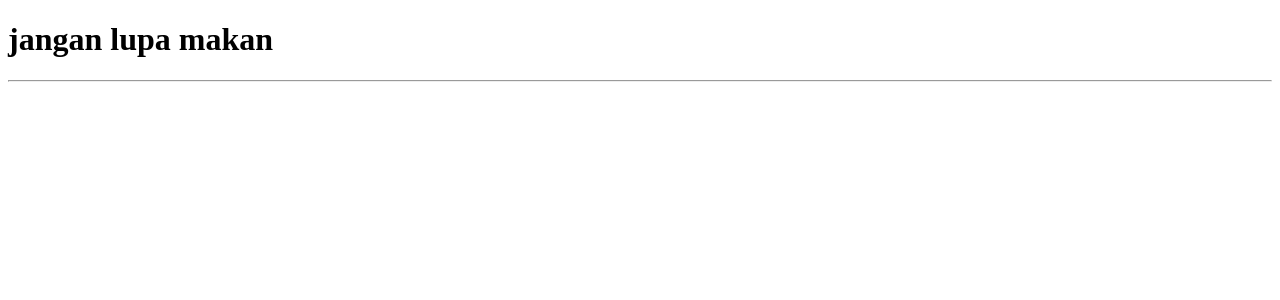
Repository: Nyxelll/ses4pt2pemweb
Page: index.html
The author's editor kept a copy of each file at every save. The page is drawn from the files as they stood at one save, then again after the next save.
The browser window is 1280 px wide. The pictures show the whole page.

Above is the page before, as saved 2026-04-06 08:54:59.

After the next save:
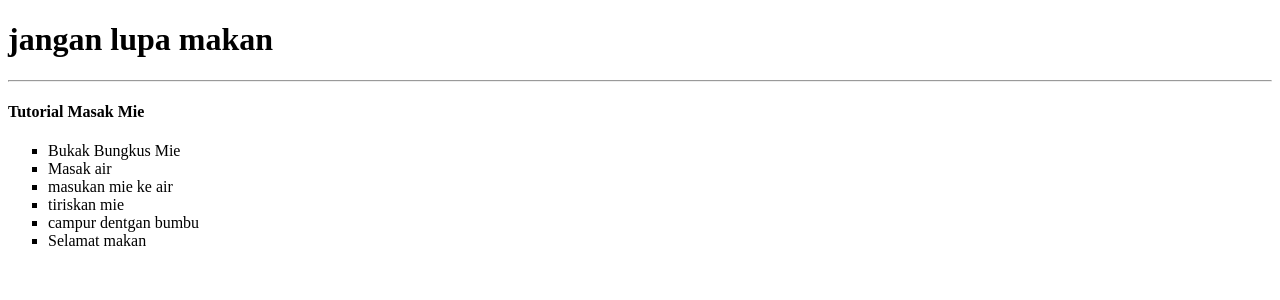
Saved 8 min 37 s later.
--- a/index.html
+++ b/index.html
@@ -8,5 +8,15 @@
 <body>
     <h1> jangan lupa makan </h1>
 <hr>
+<h4> Tutorial Masak Mie</h4>
+<ul type ="square">
+    <li> Bukak Bungkus Mie </li>
+     <li> Masak air </li>
+      <li> masukan mie ke air </li>
+       <li> tiriskan mie </li>
+        <li> campur dentgan bumbu </li>
+         <li> Selamat makan </li>
+</ul>
+
 </body>
 </html>
